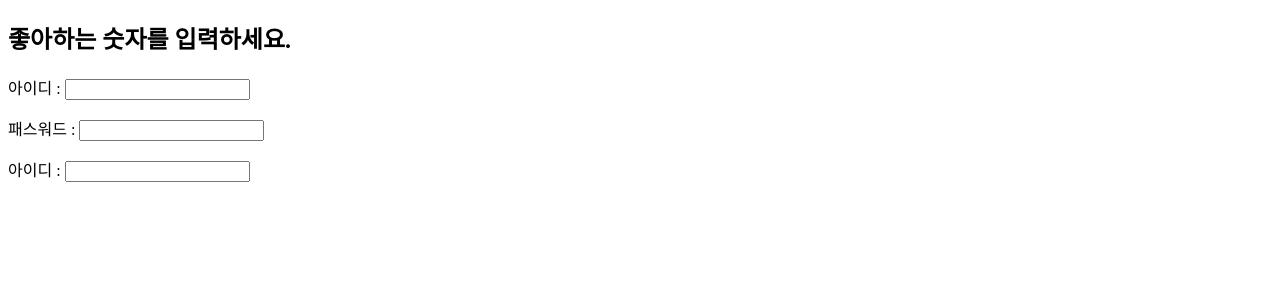
Repository: matodale/StudyJSP
Page: http://localhost/StudyJSP/ch10/exam10_Form.jsp
The author's editor kept a copy of each file at every save. The page is drawn from the files as they stood at one save, then again after the next save.
The browser window is 1280 px wide. The pictures show the whole page.
The page is served by Tomcat 9.

Above is the page before, as saved 2022-12-22 04:52:00.

After the next save:
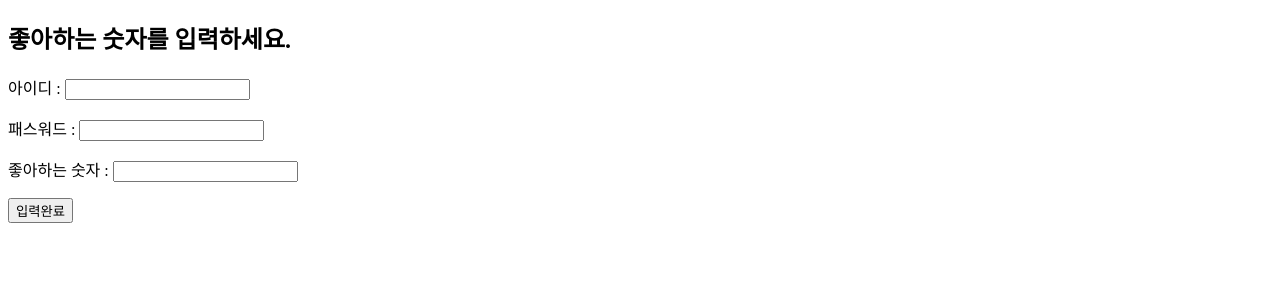
Saved 50 s later.
--- a/StudyJSP/src/main/webapp/ch10/exam10_Form.jsp
+++ b/StudyJSP/src/main/webapp/ch10/exam10_Form.jsp
@@ -11,7 +11,8 @@
 	<form method="post" action="exam10_Pro.jsp">
 		<p>아이디 : <input type="text" name="id"></p>
 		<p>패스워드 : <input type="password" name="passwd"></p>
-		<p>아이디 : <input type="text" name="id"></p>
+		<p>좋아하는 숫자 : <input type="text" name="number"></p>
+		<input type="submit" value="입력완료">
 	</form>
 </body>
 </html>
